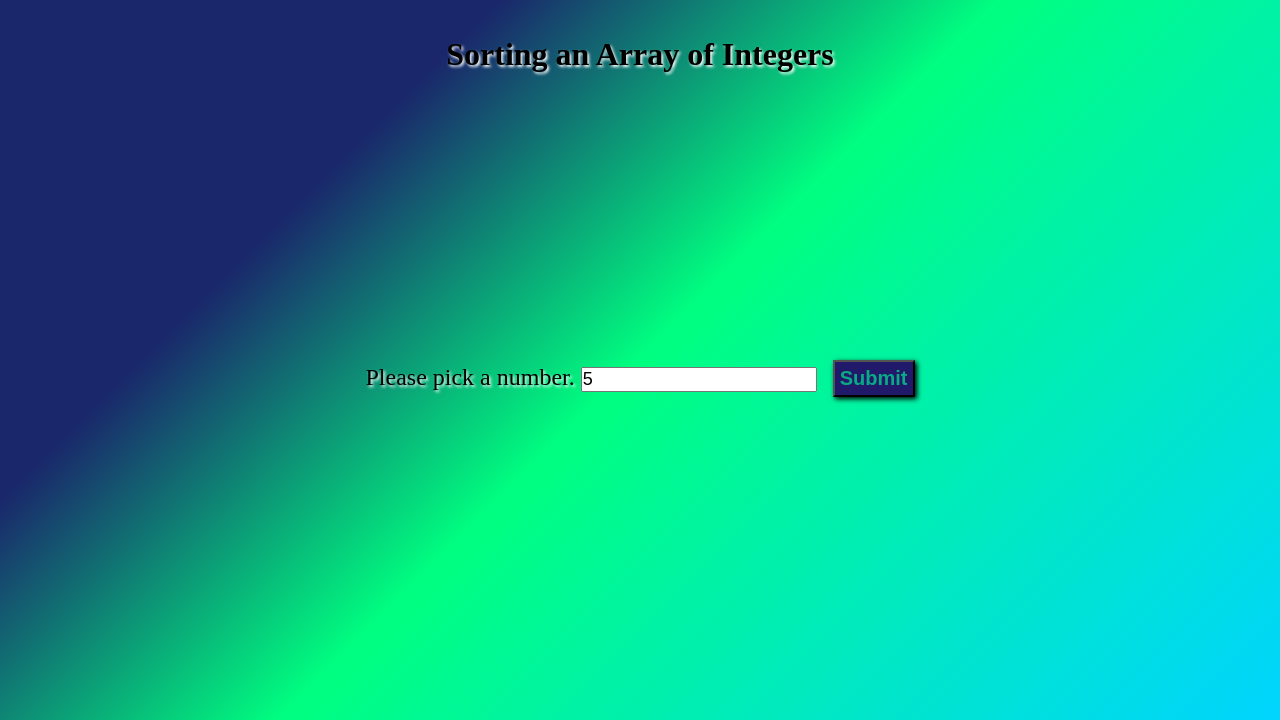
Repository: mlmEFSC21/P16-Sorting-Integers
Page: sort.html
These files come from the project's save history. The page is drawn as it stood at one moment and after the next save; the edit follows.
The browser window is 1280 px wide. The pictures show the whole page.
Empty fields were first filled with sample values (such as "Sample", 5 or name@example.com).
After loading, the first visible `#inputForm` was submitted once.

Above is the page before, as saved 2022-03-28 18:43:23.

### sort.html
<!DOCTYPE html>
<html lang="en">
    <head>
        <meta charset="UTF-8" />
        <meta http-equiv="X-UA-Compatible" content="IE=edge" />
        <meta name="viewport" content="width=device-width, initial-scale=1.0" />
        <link rel="stylesheet" href="sort.css" />
        <script defer src="sort.js"></script>
        <title>Array Sorting</title>
    </head>
    <body>
        <header class="mainHeader">
            <h1>Sorting an Array of Integers</h1>
        </header>
        <section class="main">
            <div class="arrayContainer" id="arrayContainer">
                <form class="inputForm" id="inputForm">
                    <label for="numInp">Please pick a number.</label>
                    <input required type="number" name="numInp" id="numInp" />
                    <button type="submit" class="submitButton">Submit</button>
                </form>
            </div>
        </section>
    </body>
</html>

### sort.css
:root {
    --clr-background: #00ff8f;
    --clr-primary-T1: hsl(184, 100%, 50%);
    --clr-primary-T2: hsl(245, 61%, 26%);
    --clr-secondary-T1: hsl(124, 100%, 50%);
    --clr-secondary-T2: hsl(166, 90%, 35%);
}
*,
*::after,
*::before {
    box-sizing: border-box;
    margin: 0;
    padding: 0;
}
body {
    font-size: 0.875;
    text-shadow: 1.75px 1.75px 3px white;
    background-color: var(--clr-background);
    background-repeat: no-repeat;
    background-size: cover;
    background: linear-gradient(
        135deg,
        rgba(26, 39, 107, 1) 25%,
        rgba(0, 255, 128, 1) 50%,
        rgba(0, 212, 255, 1) 100%
    );
    height: 100vh;
}
.mainHeader {
    height: 15vh;
    display: flex;
    align-items: center;
    justify-content: center;
}
.arrayContainer {
    height: min(75vh, 640px);
    display: grid;
    align-items: center;
    justify-content: space-around;
}
.inputForm {
    font-size: 1.5rem;
    align-self: center;
    justify-self: center;
}
input {
    font-size: 18px;
}
button {
    height: auto;
    width: auto;
    margin-left: 10px;
    padding: 5px;
    box-shadow: 2px 2px 5px black;
    font-size: 1.25rem;
    font-weight: bold;
    background-color: var(--clr-primary-T2);
    color: var(--clr-secondary-T2);
}
button:hover {
    background-color: var(--clr-primary-T1);
    color: var(--clr-secondary-T1);
    transform: translate(2px, 2px);
}
table {
    border-collapse: collapse;
    font-size: 1.5rem;
    border: 2px solid black;
    box-shadow: 5px 5px 10px black;
}
caption {
    font-size: 2rem;
}
thead {
    border-bottom: 2px solid black;
}
th,
td {
    margin: 10px 15px;
    padding: 20px 25px;
}
.unsortedTable th {
    background-color: var(--clr-primary-T1);
}
.unsortedTable td {
    background-color: var(--clr-secondary-T1);
    text-align: center;
}
.sortedTable {
    color: white;
    text-shadow: 1.75px 1.75px 5px black;
}
.sortedTable th {
    background-color: var(--clr-primary-T2);
}
.sortedTable td {
    background-color: var(--clr-secondary-T2);
    text-align: center;
}

### sort.js
const unsortedArray = [];
const form = document.querySelector("#inputForm");
const inputNum = document.querySelector("#numInp");
form.addEventListener("submit", getNumber);
function getNumber(e) {
    e.preventDefault();
    unsortedArray.push(inputNum.value);
}

const arrayContainer = document.querySelector("#arrayContainer");
//create the unsorted table
const unsortedTable = document.createElement("table");
unsortedTable.setAttribute("class", "unsortedTable");
unsortedTable.setAttribute("id", "unsortedTable");
//create the sorted table
const sortedTable = document.createElement("table");
sortedTable.setAttribute("class", "sortedTable");
sortedTable.setAttribute("id", "sortedTable");
function createUnsortedTable() {
    //fill the table with other elements using template literals
    unsortedTable.innerHTML = `
<caption>
Unsorted Array Table
</caption>
<thead>
<tr class="theadRow">
<th>Index 0</th>
<th>Index 1</th>
<th>Index 2</th>
<th>Index 3</th>
<th>Index 4</th>
</tr>
</thead>
<tbody>
<tr>
<td>${unsortedArray[0]}</td>
<td>${unsortedArray[1]}</td>
<td>${unsortedArray[2]}</td>
<td>${unsortedArray[3]}</td>
<td>${unsortedArray[4]}</td>
</tr>
</tbody>`;
    arrayContainer.append(unsortedTable);
}
//arrow function to sort the unsorted array.
const sortedArray = unsortedArray.sort((a, b) => a - b);
function createUnsortedTable() {
    //fill the table with other elements using template literals
    sortedTable.innerHTML = `
<caption>
Sorted Array Table
</caption>
<thead>
<th>Index 0</th>
<th>Index 1</th>
<th>Index 2</th>
<th>Index 3</th>
<th>Index 4</th>
</thead>
<tbody>
<tr>
<td>${sortedArray[0]}</td>
<td>${sortedArray[1]}</td>
<td>${sortedArray[2]}</td>
<td>${sortedArray[3]}</td>
<td>${sortedArray[4]}</td>
</tr>
</tbody>`;

    arrayContainer.append(sortedTable);
}
console.log(unsortedArray);
console.log(sortedArray);

// prettier-ignore;
// document.getElementById(
//     "unsorted"
// ).innerText = `${unsortedArray[0]} ${unsortedArray[1]} ${unsortedArray[2]} ${unsortedArray[3]} ${unsortedArray[4]} `;

// // prettier-ignore
// document.getElementById("sorted").innerText =
// `${sortedArray[0]} ${sortedArray[1]} ${sortedArray[2]} ${sortedArray[3]} ${sortedArray[4]} `;

After the next save:
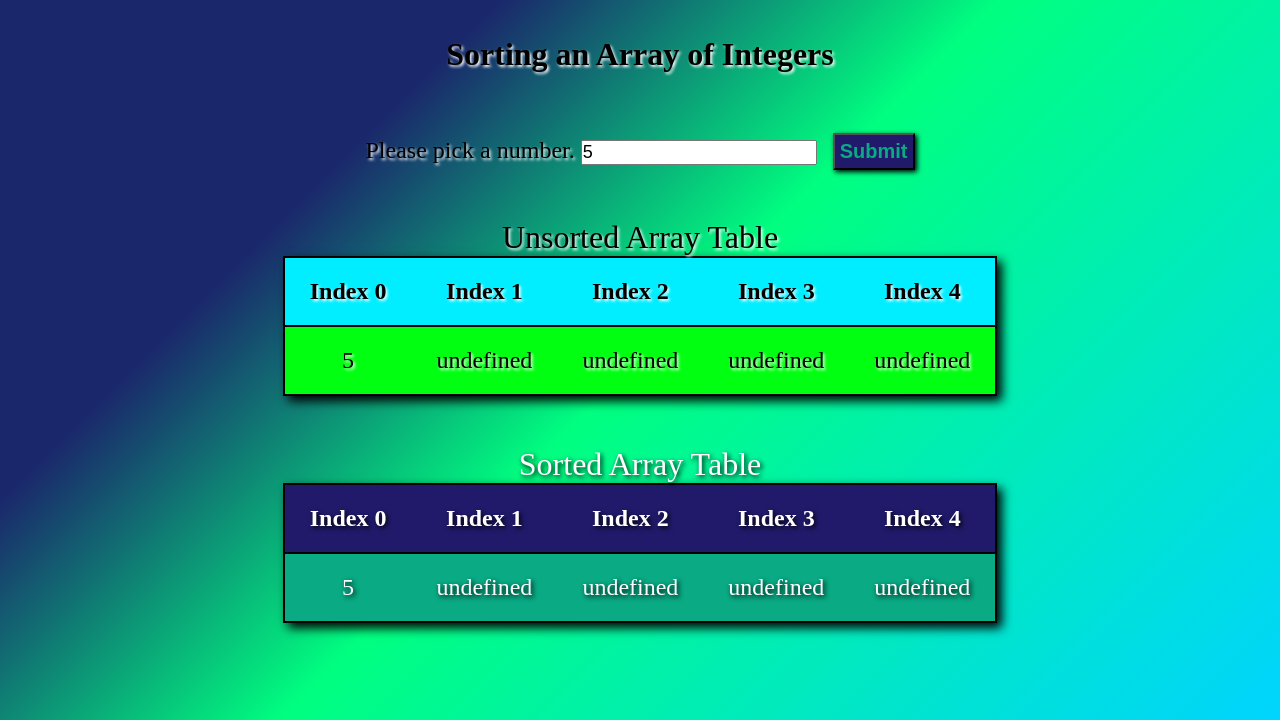
Saved 72 s later.
--- a/sort.js
+++ b/sort.js
@@ -5,6 +5,8 @@ form.addEventListener("submit", getNumber);
 function getNumber(e) {
     e.preventDefault();
     unsortedArray.push(inputNum.value);
+    createUnsortedTable();
+    createSortedTable();
 }
 
 const arrayContainer = document.querySelector("#arrayContainer");
@@ -44,7 +46,7 @@ Unsorted Array Table
 }
 //arrow function to sort the unsorted array.
 const sortedArray = unsortedArray.sort((a, b) => a - b);
-function createUnsortedTable() {
+function createSortedTable() {
     //fill the table with other elements using template literals
     sortedTable.innerHTML = `
 <caption>
